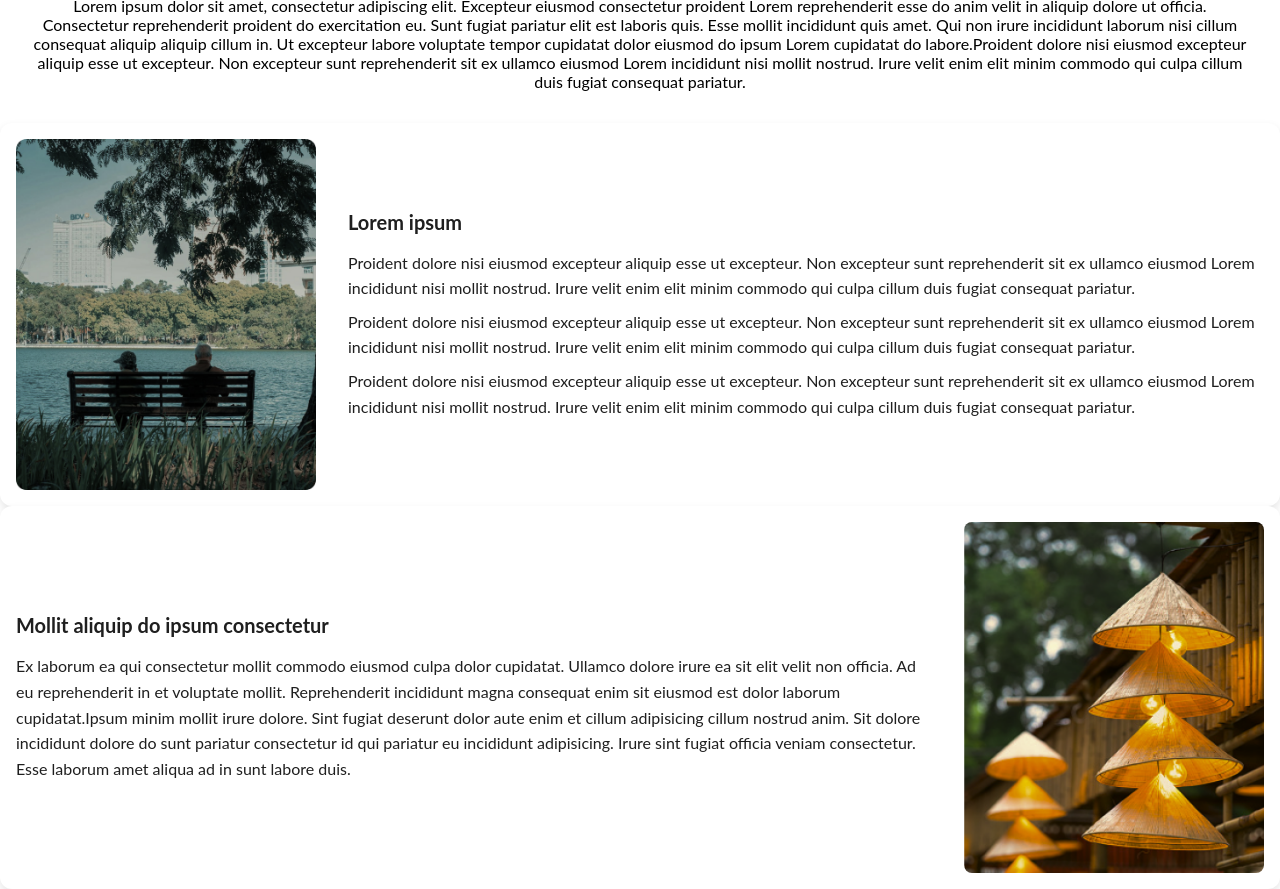
Repository: PhamNguyen2608/WGT-test
Page: index.html
The author's editor kept a copy of each file at every save. The page is drawn from the files as they stood at one save, then again after the next save.
The browser window is 1280 px wide. The pictures show the part of the page from y = 782 to 1686 px (the page is 1671 px tall before and 1686 px after).
A picture or video elsewhere on the page could not be fetched, so the positions and the page height are approximate.

Above is the page before, as saved 2024-11-12 01:45:09.

After the next save:
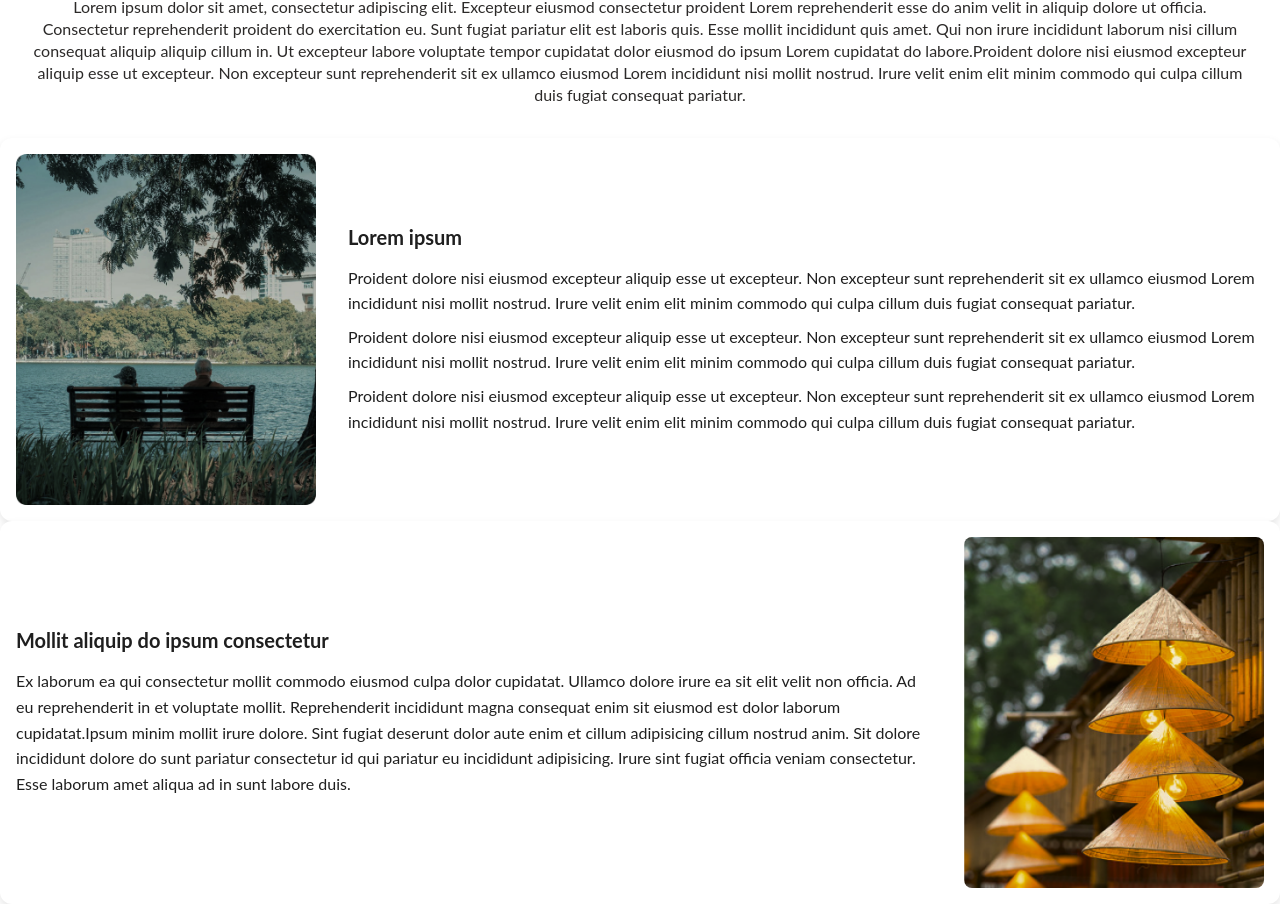
Saved 2 min 11 s later.
--- a/asset/css/components/hero-section.css
+++ b/asset/css/components/hero-section.css
@@ -2,6 +2,13 @@
     text-align: center;
     padding: var(--spacing-large);
     background-color: var(--color-background);
+    font-family: var(--font-family-sans);
+}
+
+.hero-title {
+    font-size: var(--font-size-40);
+    font-weight: var(--font-weight-regular);
+    margin-bottom: var(--spacing-medium);
 }
 
 .hero-images {
@@ -12,4 +19,8 @@
 
 .hero-content {
     margin-top: var(--spacing-medium);
+    font-size: var(--font-size-16);
+    font-weight: var(--font-weight-regular);
+    line-height: 22px;
+    color: var(--color-primary);
 }
